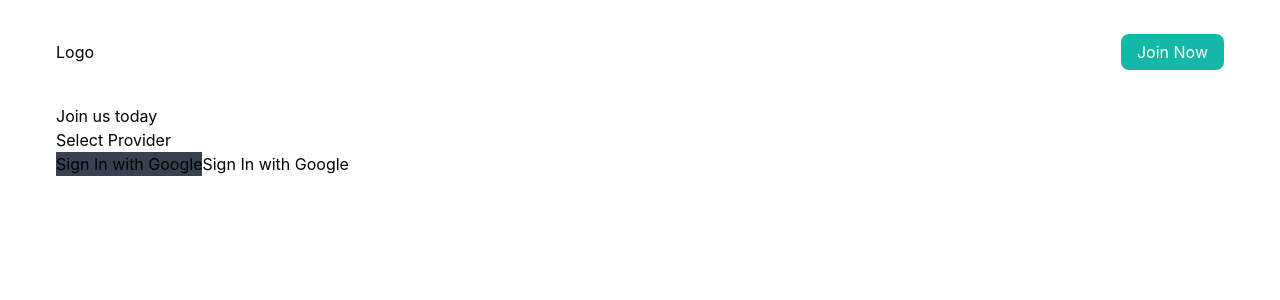
Repository: arafatmollah/auth-app
Page: /auth/login
The author's editor kept a copy of each file at every save. The page is drawn from the files as they stood at one save, then again after a run of saves.
The browser window is 1280 px wide. The pictures show the whole page.
The project was rebuilt for these pictures with package versions that can differ from the ones it lists, and the page was loaded fresh each time. The framework's server and built-in components were replaced by stand-ins that run in the browser. Also part of the build but not shown: next.config.js.

Above is the page before, as saved 2022-10-03 21:02:54.

After the next 2 saves:
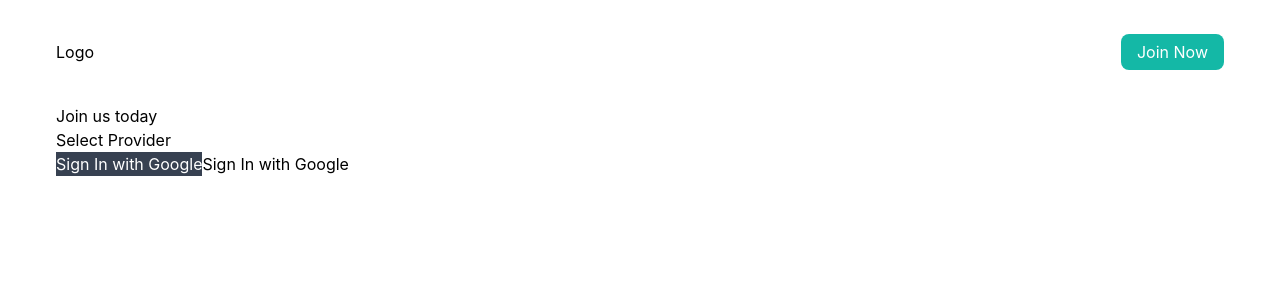
The 2 saves are shown as one change because they came seconds apart.
The last was saved 5 s later.
--- a/pages/auth/login.js
+++ b/pages/auth/login.js
@@ -7,7 +7,7 @@ export default function () {
         <div>
             <p>Select Provider</p>
             <div>
-                <button className='bg-gray-700 '>Sign In with Google</button>
+                <button className='bg-gray-700 text-white '>Sign In with Google</button>
                 <button>Sign In with Google</button>
             </div>
         </div>
